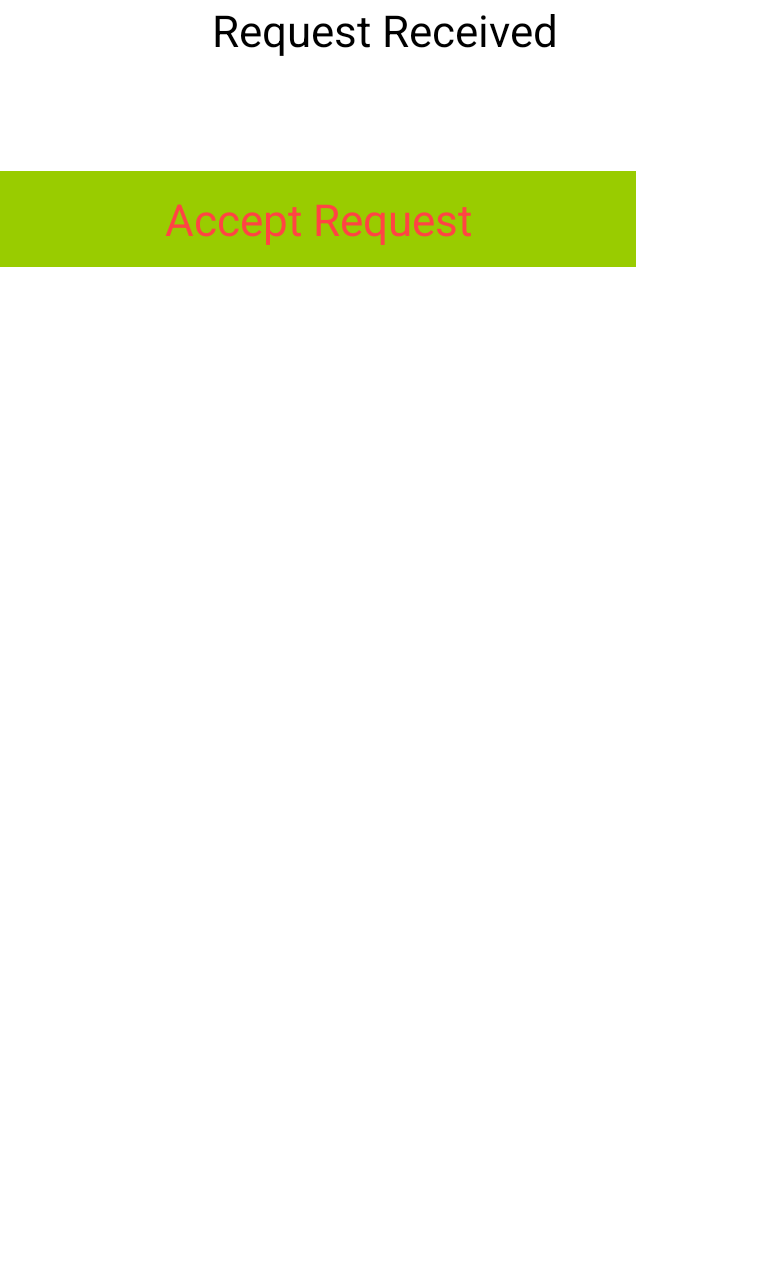
Repository: srivast6/SafeWalk
Layout: android/SafeWalk/res/layout/tryout.xml
An editor plug-in stored every save of this project. The layout is shown before and after the next save, followed by the edit.
It is drawn on a 768 x 1280 px phone screen (xhdpi) without system bars, with theme android:Theme.Holo.Light; the app's code is not run.

Above is the layout before, as saved 2013-11-20 16:11:35.

### android/SafeWalk/res/layout/tryout.xml
<?xml version="1.0" encoding="utf-8"?>
<RelativeLayout xmlns:android="http://schemas.android.com/apk/res/android"
    android:layout_width="match_parent"
    android:layout_height="match_parent" >

    <RelativeLayout
        android:id="@+id/linearLayout2"
        android:layout_width="match_parent"
        android:layout_height="wrap_content"
        android:layout_alignParentLeft="true"
        android:layout_alignParentRight="true"
        android:orientation="vertical" >

        <TextView
            android:id="@+id/tV_RqstResvd"
            android:layout_width="match_parent"
            android:layout_height="wrap_content"
            android:layout_alignParentTop="true"
            android:gravity="center"
            android:text="Request Received"
            android:textAppearance="?android:attr/textAppearanceLarge" />

        <Button
            android:id="@+id/AcceptButton"
            android:layout_width="318dp"
            android:layout_height="wrap_content"
            android:layout_below="@id/tV_RqstResvd"
            android:layout_marginTop="56dp"
            android:background="@android:color/holo_green_light"
            android:gravity="center"
            android:textSize="22dp"
            android:textColor="@android:color/holo_red_light"
            android:text="Accept Request" />
    </RelativeLayout>


</RelativeLayout>

After the next save:
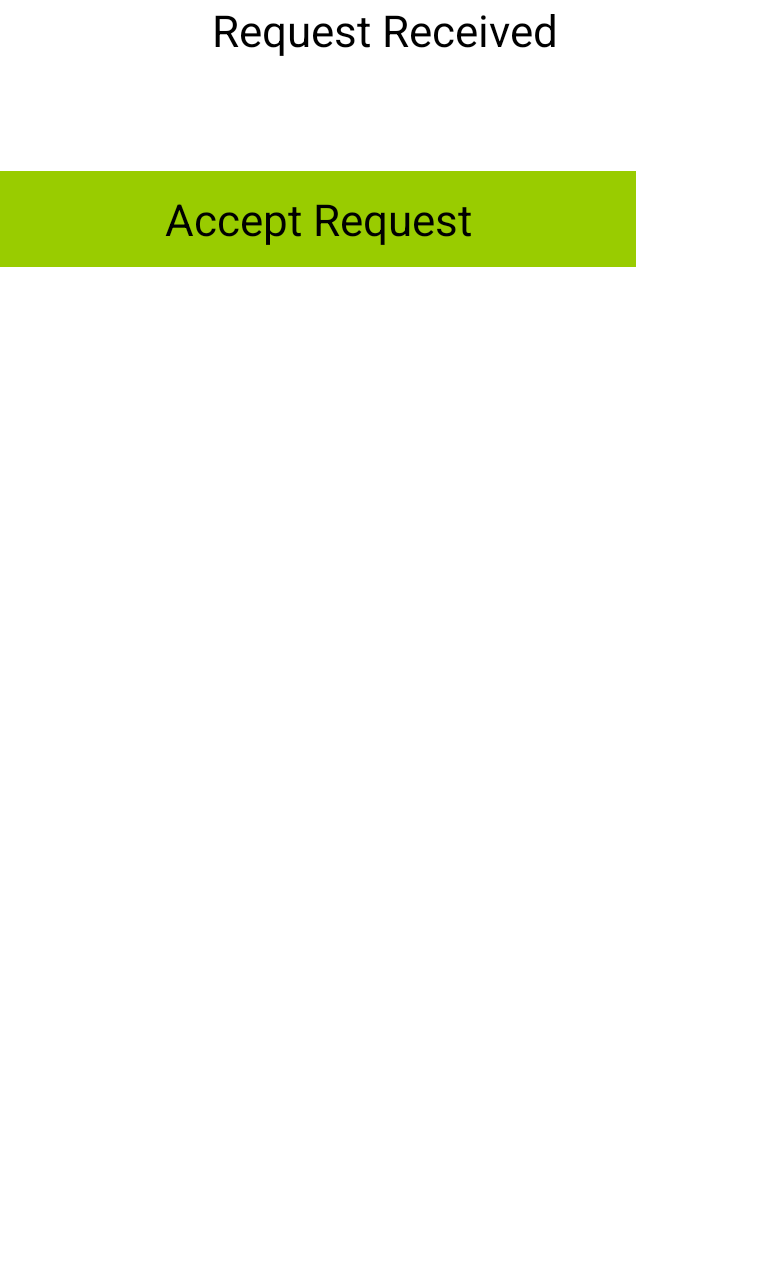
Saved 21 s later.
--- a/android/SafeWalk/res/layout/tryout.xml
+++ b/android/SafeWalk/res/layout/tryout.xml
@@ -28,10 +28,8 @@
             android:layout_marginTop="56dp"
             android:background="@android:color/holo_green_light"
             android:gravity="center"
-            android:textSize="22dp"
-            android:textColor="@android:color/holo_red_light"
-            android:text="Accept Request" />
+            android:text="Accept Request"
+            android:textSize="22dp" />
     </RelativeLayout>
 
-
 </RelativeLayout>
